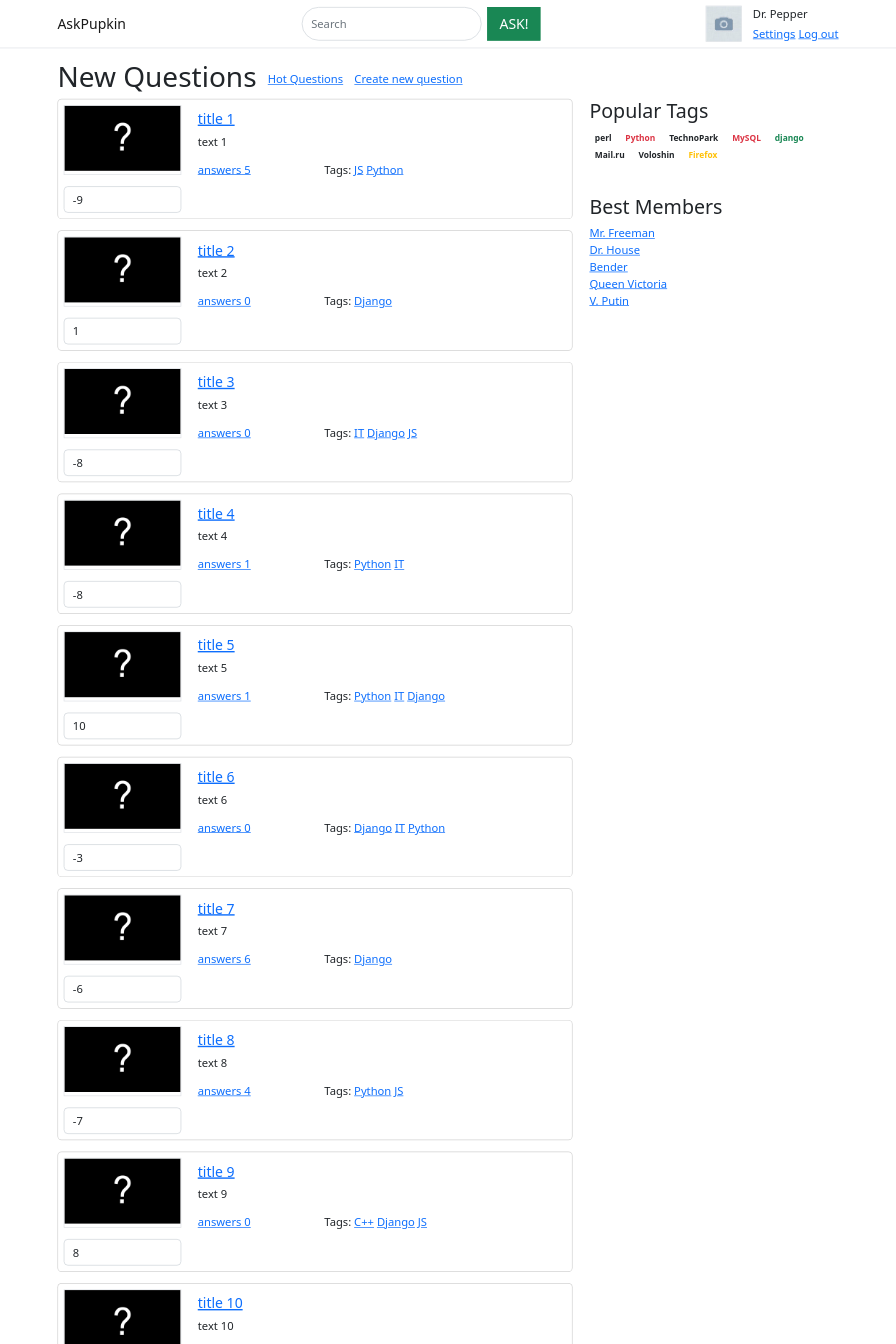
Repository: MiniDan21/askme_molchanov_django
Page: http://localhost/
The author's editor kept a copy of each file at every save. The page is drawn from the files as they stood at one save, then again after the next save.
The browser window is 1280 px wide. The pictures show the part of the page from y = 0 to 1920 px (the page is 5647 px tall before and 720 px after), at 70% of full size.
The page is served by the project's application, run on Django 5.2 (manage.py).

Above is the page before, as saved 2024-04-09 18:31:16.

After the next save:
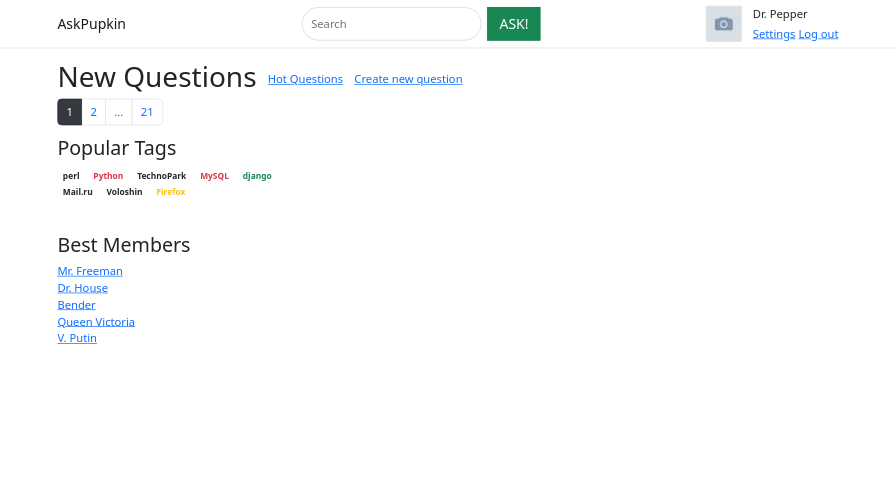
Saved 31 s later.
--- a/templates/index.html
+++ b/templates/index.html
@@ -6,55 +6,6 @@
         <a href="/hot">Hot Questions</a>
         <a href="/ask">Create new question</a>
       </div>
-      <div class="row">
-        <div class="col-8">
-          {% for question in questions %}
-          <article class="card mb-3 w-100">
-            <div class="row g-0">
-              <div class="col-3 p-2">
-                <div
-                  class="border w-100 mb-3 overflow-hidden"
-                  style="height: 100px"
-                >
-                  <img
-                    src="{{ question.avatar }}"
-                    class="img-fluid"
-                    alt="..."
-                  />
-                </div>
-                <div class="input-group flex-nowrap">
-                  <input
-                    type="number"
-                    value="{{ question.likes }}"
-                    class="form-control"
-                  />
-                </div>
-              </div>
-              <div class="col">
-                <div class="card-body">
-                  <h5 class="card-title">
-                    <a href="{% url "question" question.id %}">{{ question.title }}</a>
-                  </h5>
-                  <p class="card-text">
-                    {{ question.text }}
-                  </p>
-                  <div class="row">
-                    <a
-                      class="col-4"
-                      href="{% url "question" question.id %}"
-                    >{{ question.answers }}</a>
-                    <div class="col-8">
-                      <span>Tags:</span>
-                      {% for tag in question.tags %}
-                        <a href="{% url "tag" tag.name %}">{{ tag.name }}</a>
-                      {% endfor %}
-                    </div>
-                  </div>
-                </div>
-              </div>
-            </div>
-          </article>
-          {% endfor %}
         {% include 'layouts/pagination.html' %}
         {% include 'layouts/popular.html' %}
 
